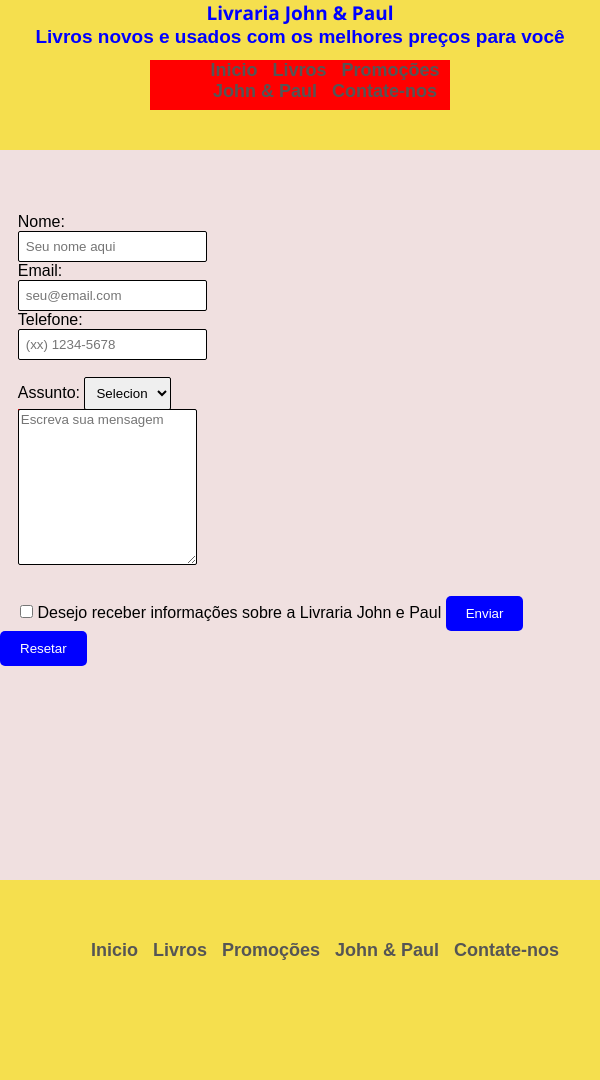
Repository: MarcoantonioCaldeira/Site-livraria-John-e-Paul
Page: contato.html
The author's editor kept a copy of each file at every save. The page is drawn from the files as they stood at one save, then again after the next save.
The browser window is 600 px wide. The pictures show the whole page.

Above is the page before, as saved 2022-09-25 16:07:04.

### contato.html
<!doctype html>
<html dir="ltr" lang="pt-BR">
<head>
   <meta charset="utf-8">
   <meta name="viewport" content="width=device-width, initial-scale=1.0">

   <title>Meu Primeiro Projeto</title>
   <link rel="stylesheet" href="css/estilo.css">
</head>
<body>
<header id="topo">
   <h1 class="textoVermelho center"> Livraria John & Paul</h1>
   <h2 class="center">Livros novos e usados com os melhores preços para você</h2>

<nav id="menu">
   <ul>
      <li><a href="index.html">Inicio</a></li>
      <li><a href="produtos.html">Livros</a></li>
      <li><a href="#">Promoções</a></li>
      <li><a href="sobre.html">John & Paul</a></li>
      <li><a href="contato.html">Contate-nos</a></li>
   </ul>
</nav>
</header>
<section class="section-contato">
   <form class="formulario">
      <fieldset>

         <div style="margin-top:10%">
            <label for="nome">Nome:</label>
            <input type="text" name="nome" id="nome" placeholder="Seu nome aqui">
            <label for="email">Email:</label>
            <input type="email" name="email" id="email" placeholder="seu@email.com">
            <label for="tel">Telefone:</label>
            <input type="tel" name="tel" id="tel" placeholder="(xx) 1234-5678" >
            <label for="assunto">Assunto:</label>
            <select name="assunto" id="assunto">
               <option selected="selected">Selecione --</option>
               <option>Trocas</option>
               <option>Atendimento</option>
               <option>Comercial</option>
               <option>Outros</option>
            </select>
         </div>
         <div style="background-color: red;">
            <textarea name="msg" id="msg" cols="20" rows="10" placeholder="Escreva sua mensagem"></textarea>
         </div>
      </fieldset>
      <input type="checkbox" name="news" id="news">
      <label for="news" >Desejo receber informações sobre a Livraria John e Paul</label>

      <button type="submit">Enviar</button>
      <button type="reset">Resetar</button>
   </form>
</section>
<footer id="rodape">
   <ul class="ul_rodape">
      <li><a href="index.html">Inicio</a></li>
      <li><a href="produtos.html">Livros</a></li>
      <li><a href="#">Promoções</a></li>
      <li><a href="sobre.html">John & Paul</a></li>
      <li><a href="contato.html">Contate-nos</a></li>
   </ul>
</footer>
</body>
</html>

### css/estilo.css
/* Import font from google */
@import url(http://fonts.googleapis.com/css?family=Open+Sans:400,300,700);

*{
   margin: 0;
}


body{
   background-color:  rgb(240, 224, 224);
   font-family: sans-serif;
   margin: 0;
   padding: 0;
}
h1,h3,h4,h5,h6{
   font-family: 'Open Sans', sans-serif;
}

.h2_destaque{
   margin-left: 45%;
   margin-top: 5%;
   color:#555;
   font-family: 'Open Sans', sans-serif;
}

#topo{
   background-color: #f5df4e;
   width: 100%;
   height:150px;
   margin:0 auto;
}

.destaques{
   background-color: rgb(240, 224, 224);
   width: 100%;
   height:1300px;
}


#menu{
   width:50%;
   text-align: center;
   margin-top: 2%;
   margin-left: 25%;
   height:50px;
}

a{
   font-weight:600;
   text-decoration: none;
   margin-left: 10px;
   font-family: arial;
   color:#555;
}

#menu li{
   display:inline;
}
.destaques li{
   width: 50%;
   float: left;
   text-align: center;
   list-style: none;
   padding: 20px 0;
}

ul{
   font-size: 18px;
}


.ul_rodape{
   margin-top: 10%;
}

.destaques li strong{
   width: 100%;
   display: block;
}
.center{
   text-align: center;
}



button{
   padding: 10px 20px;
   background-color: blue;
   color: #fff;
   border: none;
   -webkit-border-radius: 5px;
   -moz-border-radius: 5px;
   border-radius: 5px;
}
#rodape{
   width: 100%;
   height: 200px;
   background-color:  #f5df4e;
   color: #ccc;
   float: left;
   text-align: center;
}

p{
   color: #555;
   line-height: 34px;
   margin-left: 4%;
}

li {
   display: inline;
}

/*Produtos*/

.produtos{

   height:600px;
}

table{
   position: relative;
   margin-left: 27%;
   top: 20%;
   background-color:rgb(240, 224, 224);
   border-radius: 5px;
   border: 1px solid #555;
}

tr, td{
   border: 1px solid #555;
}


/*Sobre*/


.sobre{
   width: 100%;
   height:1400px;
}

h4
{
   text-align: center;
}

.h1-sobre{
   margin-top: 6%;
   margin-left: 40%;
}

.section-info{
   position: relative;
   margin-left: 24%;
   margin-top: 4%;
   width: 50%;
   height:200px;
}


.h3-valores{
   margin-top: 6%;
   margin-left: 43%;
}

.section-valores{
   position: relative;
   margin-left: 24%;
   margin-top: 4%;
   width: 50%;
   height:200px;
}

.h3-valores-2{
   margin-top: 4%;
   margin-left: 47%;
}

.h3-missao{
   margin-top: 4%;
   margin-left: 47%;
}

.section-missao{
   position: relative;
   margin-left: 24%;
   margin-top: 4%;
   width: 50%;
   height:200px;
}


/*Contato*/

.section-contato{
   background-color:rgb(240, 224, 224);
   width: 100%;
   height: 730px;
}

.formulario{
   height:500px;
}


form fieldset{
   border: none;
}
form legend{
   text-transform: uppercase;
   font-size: 1.2em;
   padding: 0;
   width: 100%;
   border-bottom: 1px solid #555;
}
form label{
   width: 50%;
}

form input:not([type=checkbox]){
   width: 100%;
   padding: 7px;
   border-radius: 2px;
   border: 1px solid;
}

form select{
   width: 50%;
   border-radius: 2px;
   margin-top: 10%;
   padding: 7px;
   border: 1px solid;
}

form textarea{
   width: 100%;
   font-family: arial;
   border-radius: 2px;
   border: 1px solid;
}
form div{
   width: 30%;
   margin: 0 1%;
   margin-top: 8%;
   height: 150px;
}

#news{
   margin-top:6%;
   margin-left: 20px;
}




@media  screen and (max-width: 750px){


   #menu{
      background-color:red;
   }

   #main-menu {
      display: none;
    }
    #hamburger-menu {
      display: inline;
    }

   h2.center, h1.center{
      font-size: 19px;
      color: blue;
   }

   h2.h2_destaque{
      margin-left: 40%;
   }

   ul#ul_rodape{
      color: red;
   }

   p{
      color: black;
      margin-top: 20%;
      margin-left: 4%;
   }

}

After the next save:
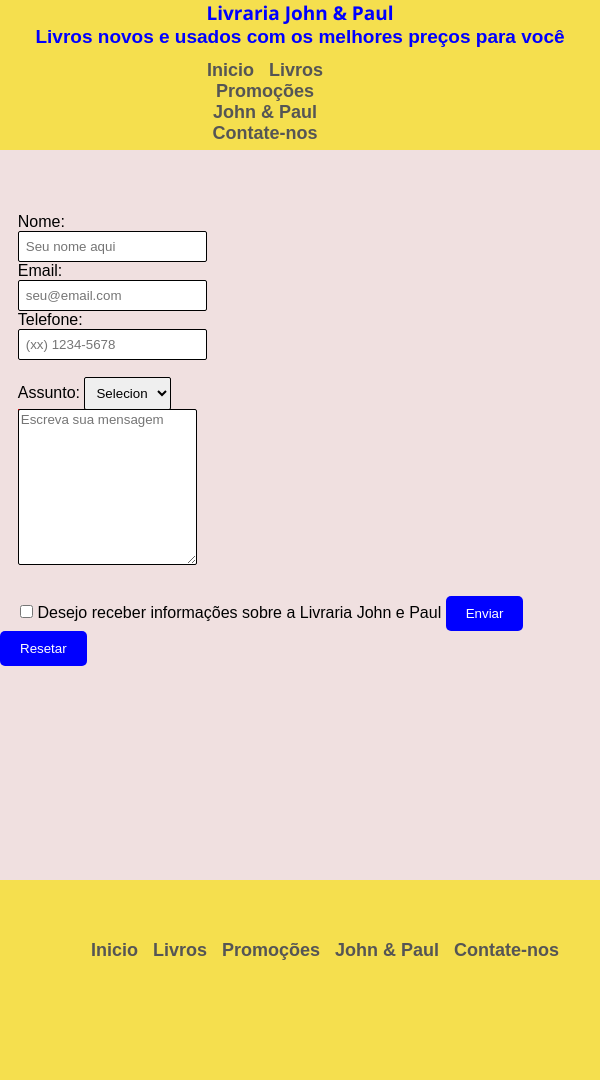
Saved 62 s later.
--- a/css/estilo.css
+++ b/css/estilo.css
@@ -258,8 +258,13 @@ form div{
 
 
    #menu{
-      background-color:red;
-   }
+      width:30%;
+      text-align: center;
+      margin-top: 2%;
+      margin-left: 25%;
+      height:50px;
+   }
+
 
    #main-menu {
       display: none;
